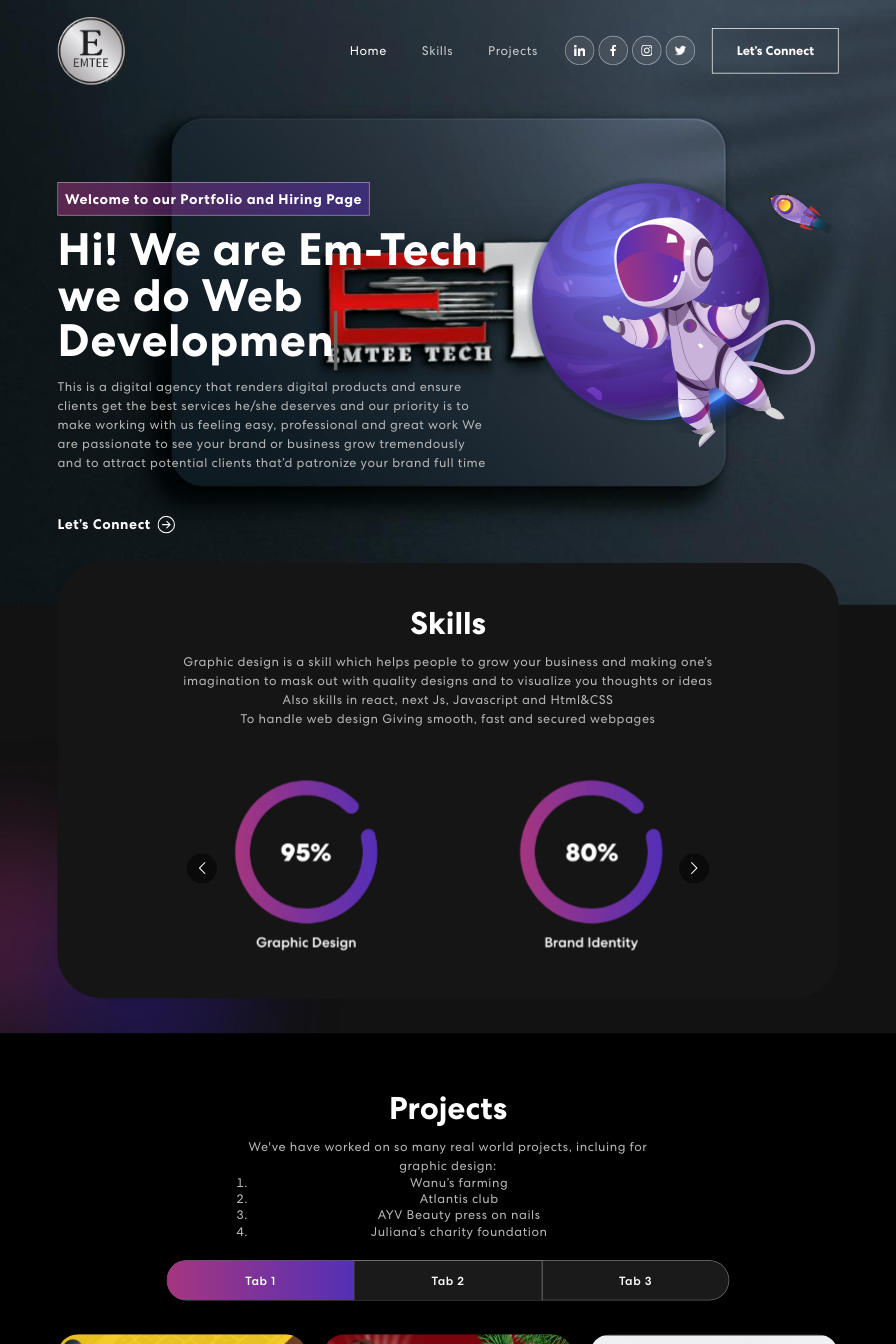
Repository: EmmanuelKeifala/emtee
Page: /
An editor plug-in stored every save of this project. The page is shown before and after the next save, followed by the edit.
The browser window is 1280 px wide. The pictures show the part of the page from y = 0 to 1920 px (the page is 3595 px tall), at 70% of full size.
The project was rebuilt for these pictures with package versions that can differ from the ones it lists, and the page was loaded fresh each time. Some packages were replaced by stand-ins written for this rebuild.

Above is the page before, as saved 2022-09-30 18:16:30.

### public/index.html
<!DOCTYPE html>
<html lang="en">
  <head>
    <meta charset="utf-8" />
    <link rel="icon" href="%PUBLIC_URL%/favicon.ico" />
    <meta name="viewport" content="width=device-width, initial-scale=1" />
    <meta name="theme-color" content="#000000" />
    <meta name="description" content="Em-Tech" />
    <link rel="apple-touch-icon" href="%PUBLIC_URL%/logo192.png" />

    <link rel="manifest" href="%PUBLIC_URL%/manifest.json" />
    <title>Em-Tech</title>
  </head>
  <body>
    <div id="root"></div>
  </body>
</html>

### src/App.css
/************ Custom Font ************/
@font-face {
  font-family: Centra;
  src: url('./assets/font/CentraNo2-Bold.ttf');
  font-weight: 700;
}

@font-face {
  font-family: Centra;
  src: url('./assets/font/CentraNo2-Medium.ttf');
  font-weight: 500;
}

@font-face {
  font-family: Centra;
  src: url('./assets/font/CentraNo2-Book.ttf');
  font-weight: 400;
}

/************ Default Css ************/
* {
  margin: 0;
  padding: 0;
  box-sizing: border-box;
}

html {
  scroll-behavior: smooth;
  scroll-padding-top: 75px;
}

body {
  font-weight: 400;
  overflow-x: hidden;
  position: relative;
  background-color: #121212 !important;
  color: #fff !important;
  font-family: 'Centra', sans-serif !important;
}

h1,
h2,
h3,
h4,
h5,
h6 {
  margin: 0;
  padding: 0;
  line-height: normal;
}

p,
a,
li,
button,
ul {
  margin: 0;
  padding: 0;
  line-height: normal;
  text-decoration: none;
}

a:hover {
  text-decoration: none;
}

img {
  width: 100%;
  height: auto;
}

button {
  border: 0;
  background-color: transparent;
}

input:focus,
textarea:focus,
select:focus {
  outline: none;
}

@media (min-width:1700px) {
  main .container {
    max-width: 100%;
    padding: 0 150px;
  }
}

p.success {
  color: green;
}

p.danger {
  color: red;
}

/************ Navbar Css ************/
nav.navbar {
  padding: 18px 0;
  position: fixed;
  width: 100%;
  top: 0;
  z-index: 9999;
  transition: 0.32s ease-in-out;
}

nav.navbar.scrolled {
  padding: 0px 0;
  background-color: #121212;
}

nav.navbar a.navbar-brand {
  width: 9%;
}

nav.navbar .navbar-nav .nav-link.navbar-link {
  font-weight: 400;
  color: #fff !important;
  letter-spacing: 0.8px;
  padding: 0 25px;
  font-size: 18px;
  opacity: 0.75;
}

nav.navbar .navbar-nav a.nav-link.navbar-link:hover,
nav.navbar .navbar-nav a.nav-link.navbar-link.active {
  opacity: 1;
}

span.navbar-text {
  display: flex;
  align-items: center;
}

.icon {
  margin-top: 25px;
}

.social-icon {
  display: inline-block;
  margin-left: 14px;
}

.social-icon a {
  width: 42px;
  height: 42px;
  background: rgba(217, 217, 217, 0.1);
  display: inline-flex;
  border-radius: 50%;
  margin-right: 6px;
  align-items: center;
  justify-content: center;
  line-height: 1;
  border: 1px solid rgba(255, 255, 255, 0.5);
}

.social-icon a::before {
  content: "";
  width: 42px;
  height: 42px;
  position: absolute;
  background-color: #ffffff;
  border-radius: 50%;
  transform: scale(0);
  transition: 0.3s ease-in-out;
}

.social-icon a:hover::before {
  transform: scale(1);
}

.social-icon a img {
  width: 40%;
  z-index: 1;
  transition: 0.3s ease-in-out;
}

.social-icon a:hover img {
  filter: brightness(0) saturate(100%) invert(0%) sepia(7%) saturate(98%) hue-rotate(346deg) brightness(95%) contrast(86%);
}

.navbar-text button {
  font-weight: 700;
  color: #fff;
  border: 1px solid #fff;
  padding: 18px 34px;
  font-size: 18px;
  margin-left: 18px;
  position: relative;
  background-color: transparent;
  transition: 0.3s ease-in-out;
}

.navbar-text button span {
  z-index: 1;
}

.navbar-text button::before {
  content: "";
  width: 0%;
  height: 100%;
  position: absolute;
  background-color: #fff;
  left: 0;
  top: 0;
  z-index: -1;
  transition: 0.3s ease-in-out;
}

.navbar-text button:hover {
  color: #121212;
}

.navbar-text button:hover::before {
  content: "";
  width: 100%;
  height: 100%;
  position: absolute;
}

nav.navbar .navbar-toggler:active,
nav.navbar .navbar-toggler:focus {
  outline: none;
  box-shadow: none;
}

nav.navbar .navbar-toggler-icon {
  width: 24px;
  height: 17px;
  background-image: none;
  position: relative;
  border-bottom: 2px solid #fff;
  transition: all 300ms linear;
  top: -2px;
}

nav.navbar .navbar-toggler-icon:focus {
  border-bottom: 2px solid #fff;
}

nav.navbar .navbar-toggler-icon:after,
nav.navbar .navbar-toggler-icon:before {
  width: 24px;
  position: absolute;
  height: 2px;
  background-color: #fff;
  top: 0;
  left: 0;
  content: '';
  z-index: 2;
  transition: all 300ms linear;
}

nav.navbar .navbar-toggler-icon:after {
  top: 8px;
}

nav.navbar .navbar-toggler[aria-expanded="true"] .navbar-toggler-icon:after {
  transform: rotate(45deg);
  background-color: #fff;
  height: 2px;
}

nav.navbar .navbar-toggler[aria-expanded="true"] .navbar-toggler-icon:before {
  transform: translateY(8px) rotate(-45deg);
  background-color: #fff;
  height: 2px;
}

nav.navbar .navbar-toggler[aria-expanded="true"] .navbar-toggler-icon {
  border-color: transparent;
}

/************ Banner Css ************/
.banner {
  margin-top: 0;
  padding: 260px 0 100px 0;
  background-image: url('./assets/img/back.jpeg');
  background-position: top center;
  background-size: cover;
  background-repeat: no-repeat;
}

.banner .tagline {
  font-weight: 700;
  letter-spacing: 0.8px;
  padding: 8px 10px;
  background: linear-gradient(90.21deg, rgba(170, 54, 124, 0.5) -5.91%, rgba(74, 47, 189, 0.5) 111.58%);
  border: 1px solid rgba(255, 255, 255, 0.5);
  font-size: 20px;
  margin-bottom: 16px;
  display: inline-block;
}

.banner h1 {
  font-size: 65px;
  font-weight: 700;
  letter-spacing: 0.8px;
  line-height: 1;
  margin-bottom: 20px;
  display: block;
}

.banner p {
  color: #B8B8B8;
  font-size: 18px;
  letter-spacing: 0.8px;
  line-height: 1.5em;
  width: 96%;
}

.banner button {
  color: #fff;
  font-weight: 700;
  font-size: 20px;
  margin-top: 60px;
  letter-spacing: 0.8px;
  display: flex;
  align-items: center;
}

.banner button svg {
  font-size: 25px;
  margin-left: 10px;
  transition: 0.3s ease-in-out;
  line-height: 1;
}

.banner button:hover svg {
  margin-left: 25px;
}

.lo {
  border-radius: 100px;
}

.banner img {
  animation: updown 3s linear infinite;
}

@keyframes updown {
  0% {
    transform: translateY(-20px);
  }

  50% {
    transform: translateY(20px);
  }

  100% {
    transform: translateY(-20px);
  }
}

.txt-rotate>.wrap {
  border-right: 0.08em solid #666;
}

/************ Skills Css ************/
.skill {
  padding: 0 0 50px 0;
  position: relative;
}

.skill-bx {
  background: #151515;
  border-radius: 64px;
  text-align: center;
  padding: 60px 50px;
  margin-top: -60px;
}

.skill h2 {
  font-size: 45px;
  font-weight: 700;
}

.skill p {
  color: #B8B8B8;
  font-size: 18px;
  letter-spacing: 0.8px;
  line-height: 1.5em;
  margin: 14px 0 75px 0;
}

.skill-slider {
  width: 80%;
  margin: 0 auto;
  position: relative;
}

.skill-slider .item img {
  width: 50%;
  margin: 0 auto 15px auto;
}

.background-image-left {
  top: 28%;
  position: absolute;
  bottom: 0;
  width: 40%;
  z-index: -4;
}

/************ Projects Css ************/
.project {
  padding: 80px 0;
  position: relative;
  background-color: black;
}

.project h2 {
  font-size: 45px;
  font-weight: 700;
  text-align: center;
}

.project p {
  color: #B8B8B8;
  font-size: 18px;
  letter-spacing: 0.8px;
  line-height: 1.5em;
  margin: 14px auto 30px auto;
  text-align: center;
  width: 56%;
}

.project .nav.nav-pills {
  width: 72%;
  margin: 0 auto;
  border-radius: 50px;
  background-color: rgb(255 255 255 / 10%);
  overflow: hidden;
}

.project .nav.nav-pills .nav-item {
  width: 33.33333%;
}

.project .nav.nav-pills .nav-link {
  background-color: transparent;
  border-radius: 0;
  padding: 17px 0;
  color: #fff;
  width: 100%;
  font-size: 17px;
  letter-spacing: 0.8px;
  font-weight: 500;
  position: relative;
  transition: 0.3s ease-in-out;
  text-align: center;
  z-index: 0;
}

.project .nav.nav-pills .nav-link::before {
  content: "";
  position: absolute;
  width: 0;
  height: 100%;
  background: linear-gradient(90.21deg, #AA367C -5.91%, #4A2FBD 111.58%);
  top: 0;
  left: 0;
  z-index: -1;
  transition: 0.3s ease-in-out;
}

.project .nav.nav-pills .nav-link.active::before {
  width: 100% !important;
}

.project .nav.nav-pills .nav-link.active {
  border: 1px solid rgba(255, 255, 255, 1);
}

.nav-link#projects-tabs-tab-first {
  border: 1px solid rgba(255, 255, 255, 0.5);
  border-radius: 55px 0px 0px 55px;
}

.nav-link#projects-tabs-tab-second {
  border-top: 1px solid rgba(255, 255, 255, 0.5);
  border-bottom: 1px solid rgba(255, 255, 255, 0.5);
}

.nav-link#projects-tabs-tab-third {
  border: 1px solid rgba(255, 255, 255, 0.5);
  border-radius: 0 55px 55px 0;
}

.proj-imgbx {
  position: relative;
  border-radius: 30px;
  overflow: hidden;
  margin-bottom: 24px;
}

.proj-imgbx::before {
  content: "";
  background: linear-gradient(90.21deg, #AA367C -5.91%, #4A2FBD 111.58%);
  opacity: 0.85;
  position: absolute;
  width: 100%;
  height: 0;
  transition: 0.4s ease-in-out;
}

.proj-imgbx:hover::before {
  height: 100%;
}

.proj-txtx {
  position: absolute;
  text-align: center;
  top: 65%;
  left: 50%;
  transform: translate(-50%, -50%);
  transition: 0.5s ease-in-out;
  opacity: 0;
  width: 100%;
}

.proj-imgbx:hover .proj-txtx {
  top: 50%;
  opacity: 1;
}

.proj-txtx h4 {
  font-size: 30px;
  font-weight: 700;
  letter-spacing: 0.8px;
  line-height: 1.1em;
}

.proj-txtx span {
  font-style: italic;
  font-weight: 400;
  font-size: 15px;
  letter-spacing: 0.8px;
}

.banner-p {
  color: red;

}

a:link {
  text-decoration: none;
}

.spanner {
  color: #FFFFFF;
  font-style: normal;

}

.background-image-right {
  top: 20%;
  position: absolute;
  bottom: 0;
  width: 35%;
  right: 0;
  z-index: -4;
}

.logo-image {
  border-radius: 5px;
  outline-style: groove;
}

.prop-image {
  height: 45vh;
}

/************ Projects Css ************/
.contact {
  background: linear-gradient(90.21deg, #AA367C -5.91%, #4A2FBD 111.58%);
  padding: 60px 0 200px 0;
}

.contact img {
  width: 92%;
}

.contact h2 {
  font-size: 45px;
  font-weight: 700;
  margin-bottom: 30px;
}

.contact form input,
.contact form textarea {
  width: 100%;
  background: rgba(255, 255, 255, 0.1);
  border: 1px solid rgba(255, 255, 255, 0.5);
  border-radius: 20px;
  color: #fff;
  margin: 0 0 8px 0;
  padding: 18px 26px;
  font-weight: 500;
  font-size: 18px;
  letter-spacing: 0.8px;
  transition: 0.3s ease-in-out;
}

.contact form input:focus,
.contact form textarea:focus {
  background: rgba(255, 255, 255, 1);
  color: #121212;
}

.contact form input::placeholder,
.contact form textarea::placeholder {
  font-size: 16px;
  font-weight: 400;
  color: #fff;
}

.contact form input:focus::placeholder,
.contact form textarea:focus::placeholder {
  color: #121212;
  opacity: 0.8;
}

.contact form button {
  font-weight: 700;
  color: #000;
  background-color: #fff;
  padding: 14px 48px;
  font-size: 18px;
  margin-top: 25px;
  border-radius: 0;
  position: relative;
  transition: 0.3s ease-in-out;
}

.contact form button span {
  z-index: 1;
  position: relative;
}

.contact form button:hover {
  color: #fff;
}

.contact form button::before {
  content: "";
  background: #121212;
  width: 0;
  height: 100%;
  position: absolute;
  top: 0;
  left: 0;
  z-index: 0;
  transition: 0.3s ease-in-out;
}

.contact form button:hover::before {
  width: 100%;
}

/************ Footer Css ************/
.footer {
  padding: 0 0 50px 0;
  background-image: url('./assets/img/footer-bg.png');
  background-position: center center;
  background-size: cover;
  background-repeat: no-repeat;
}

.newsletter-bx {
  background: #FFFFFF;
  border-radius: 55px;
  color: #121212;
  padding: 85px 125px;
  margin-bottom: 80px;
  margin-top: -122px;
}

.newsletter-bx h3 {
  font-weight: 700;
  letter-spacing: 0.5px;
  line-height: 1.2em;
}

.new-email-bx {
  background: #fff;
  padding: 5px;
  border-radius: 20px;
  position: relative;
  z-index: 0;
  display: flex;
  align-items: center;
}

.new-email-bx::before {
  content: "";
  background: linear-gradient(90.21deg, #AA367C -5.91%, #4A2FBD 111.58%);
  border-radius: 20px;
  position: absolute;
  z-index: -1;
  top: -1px;
  left: -1px;
  bottom: -1px;
  right: -1px;
}

.new-email-bx::after {
  content: "";
  background: #fff;
  border-radius: 20px;
  position: absolute;
  z-index: -1;
  top: 0;
  left: 0;
  bottom: 0;
  right: 0;
}

.new-email-bx input {
  width: 100%;
  color: #121212;
  font-weight: 500;
  background: transparent;
  border: 0;
  padding: 0 15px;
}

.new-email-bx button {
  background: linear-gradient(90.21deg, #AA367C -5.91%, #4A2FBD 111.58%);
  padding: 20px 65px;
  color: #fff;
  font-weight: 500;
  letter-spacing: 0.5px;
  border-radius: 18px;
}

.footer img {
  width: 26%;
}

.footer p {
  font-weight: 400;
  font-size: 14px;
  color: #B8B8B8;
  letter-spacing: 0.5px;
  margin-top: 20px;
}

### src/Components/Navbar.jsx
import React, { useState, useEffect } from "react";
import { Navbar, Container, Nav } from "react-bootstrap";
import logo from "../assets/img/screen.png";
import navIcon1 from "../assets/img/nav-icon1.svg";
import navIcon2 from "../assets/img/nav-icon2.svg";
import navIcon3 from "../assets/img/nav-icon3.svg";
import Twitter from "../assets/img/twit.png";

const NavBar = () => {
  const [activeLink, setActiveLink] = useState("home");
  const [scrolled, setScrolled] = useState(false);
  useEffect(() => {
    const onScroll = () => {
      if (window.scrollY > 50) {
        setScrolled(true);
      } else {
        setScrolled(false);
      }
    };
    window.addEventListener("scroll", onScroll);

    return () => window.removeEventListener("scroll", onScroll);
  }, []);
  const onUpdateActiveLink = (value) => {
    setActiveLink(value);
  };
  return (
    <Navbar expand="md" className={scrolled ? "scrolled" : ""}>
      <Container>
        <Navbar.Brand href="/">
          <img src={logo} alt="Logo" className="lo" />
        </Navbar.Brand>
        <Navbar.Toggle aria-controls="basic-navbar-nav">
          <span className="navbar-toggler-icon"></span>
        </Navbar.Toggle>
        <Navbar.Collapse id="basic-navbar-nav">
          <Nav className="ms-auto">
            <Nav.Link
              href="#home"
              className={
                activeLink === "home" ? "active navbar-link" : "navbar-link"
              }
              onClick={() => onUpdateActiveLink("home")}
            >
              Home
            </Nav.Link>
            <Nav.Link
              href="#skills"
              className={
                activeLink === "skills" ? "active navbar-link" : "navbar-link"
              }
              onClick={() => onUpdateActiveLink("skills")}
            >
              Skills
            </Nav.Link>
            <Nav.Link
              href="#project"
              className={
                activeLink === "project" ? "active navbar-link" : "navbar-link"
              }
              onClick={() => onUpdateActiveLink("project")}
            >
              Projects
            </Nav.Link>
          </Nav>
          <span className="navbar-text">
            <div className="social-icon">
              <a href="#">
                <img src={navIcon1} alt="linkedin" />
              </a>
              <a href="#">
                <img src={navIcon2} alt="facebook" />
              </a>
              <a href="#">
                <img src={navIcon3} alt="instagram" />
              </a>
              <a href="#">
                <img src={Twitter} alt="Twitter" className="twit" />
              </a>
            </div>
            <button className="vvd">
              <span>Let’s Connect</span>
            </button>
          </span>
        </Navbar.Collapse>
      </Container>
    </Navbar>
  );
};

export default NavBar;

### src/Components/Skills.jsx
import React from "react";
import meter1 from "../assets/img/meter1.svg";
import meter2 from "../assets/img/meter2.svg";
import meter3 from "../assets/img/meter3.svg";
import Carousel from "react-multi-carousel";
import "react-multi-carousel/lib/styles.css";
import arrow1 from "../assets/img/arrow1.svg";
import arrow2 from "../assets/img/arrow2.svg";
import colorSharp from "../assets/img/color-sharp.png";
const Skills = () => {
  const responsive = {
    superLargeDesktop: {
      // the naming can be any, depends on you.
      breakpoint: { max: 4000, min: 3000 },
      items: 5,
    },
    desktop: {
      breakpoint: { max: 3000, min: 1024 },
      items: 3,
    },
    tablet: {
      breakpoint: { max: 1024, min: 464 },
      items: 2,
    },
    mobile: {
      breakpoint: { max: 464, min: 0 },
      items: 1,
    },
  };
  return (
    <section className="skill" id="skills">
      <div className="container">
        <div className="row">
          <div className="col-12">
            <div className="skill-bx wow zoomIn">
              <h2>Skills</h2>
              <p>
                Graphic design is a skill which helps people to grow your
                business and making one’s <br></br> imagination to mask out with
                quality designs and to visualize you thoughts or ideas<br></br>
                Also skills in react, next Js, Javascript and Html&CSS <br></br>
                To handle web design Giving smooth, fast and secured webpages
              </p>
              <Carousel
                responsive={responsive}
                infinite={true}
                className="owl-carousel owl-theme skill-slider"
              >
                <div className="item">
                  <img src={meter1} alt="Image" />
                  <h5>Graphic Design</h5>
                </div>
                <div className="item">
                  <img src={meter2} alt="Image" />
                  <h5>Brand Identity</h5>
                </div>
                <div className="item">
                  <img src={meter3} alt="Image" />
                  <h5>Logo Design</h5>
                </div>
                <div className="item">
                  <img src={meter1} alt="Image" />
                  <h5>Web Development</h5>
                </div>
              </Carousel>
            </div>
          </div>
        </div>
      </div>
      <img className="background-image-left" src={colorSharp} alt="Image" />
    </section>
  );
};

export default Skills;

### src/Components/Footer.jsx
import React from "react";
import { Container, Row, Col } from "react-bootstrap";
import logo from "../assets/img/logo.svg";
import navIcon1 from "../assets/img/nav-icon1.svg";
import navIcon2 from "../assets/img/nav-icon2.svg";
import navIcon3 from "../assets/img/nav-icon3.svg";

const Footer = () => {
  return (
    <footer className="footer">
      <Container>
        <Row className="align-items-center">
          <Col size={12} sm={6}>
            <img src={logo} alt="Logo" />
          </Col>
          <Col size={12} sm={6} className="text-center text-sm-end">
            <div className="social-icon">
              <a href="#" className="icon">
                <img src={navIcon1} alt="Icon" className="icon-1" />
              </a>
              <a href="#" className="icon">
                <img src={navIcon2} alt="Icon" className="icon-1" />
              </a>
              <a href="#" className="icon">
                <img src={navIcon3} alt="Icon" className="icon-1" />
              </a>
            </div>
            <p>Copyright 2022. All Rights Reserved</p>
            <p>Develped by Em-Tech</p>
          </Col>
        </Row>
      </Container>
    </footer>
  );
};

export default Footer;

### src/Components/GoogleAd.jsx
import React, { Component } from "react";
import PropTypes from "prop-types";

class GoogleAd extends Component {
  googleInit = null;

  componentDidMount() {
    const { timeout } = this.props;
    this.googleInit = setTimeout(() => {
      if (typeof window !== "undefined")
        (window.adsbygoogle = window.adsbygoogle || []).push({});
    }, timeout);
  }

  componentWillUnmount() {
    if (this.googleInit) clearTimeout(this.googleInit);
  }

  render() {
    const { classNames, slot, googleAdId, style, format } = this.props;
    return (
      <div className={classNames}>
        <ins
          className="adsbygoogle"
          style={style || { display: "block", textAlign: "center" }}
          data-ad-client={googleAdId}
          data-ad-slot={slot}
          data-ad-format={format || "auto"}
          data-full-width-responsive="true"
        ></ins>
      </div>
    );
  }
}
GoogleAd.propTypes = {
  classNames: PropTypes.string,
  slot: PropTypes.string,
  timeout: PropTypes.number,
  googleAdId: PropTypes.string,
};
GoogleAd.defaultProps = {
  classNames: "",
  timeout: 200,
};
export default GoogleAd;

### src/Components/ProjectCard.jsx
import { Col } from "react-bootstrap";

export const ProjectCard = ({ title, description, imgUrl, link }) => {
  return (
    <Col size={12} sm={6} md={4}>
      <div className="proj-imgbx">
        <img src={imgUrl} className="prop-image" />
        <div className="proj-txtx">
          <h4>{title}</h4>
          <span>{description}</span>
          {link && (
            <p>
              <a target="_blank" href={link}>
                <span className="spanner">Demo</span>
              </a>
            </p>
          )}
        </div>
      </div>
    </Col>
  );
};

Loaded but not shown: src/index.css (common file); src/reportWebVitals.js (common file); src/App.js (23 lines, source omitted); src/index.js (16 lines, source omitted); src/Components/Projects.jsx (167 lines, source omitted); src/Components/Contact.jsx (145 lines, source omitted); src/Components/Banner.jsx (115 lines, source omitted)

After the next save:
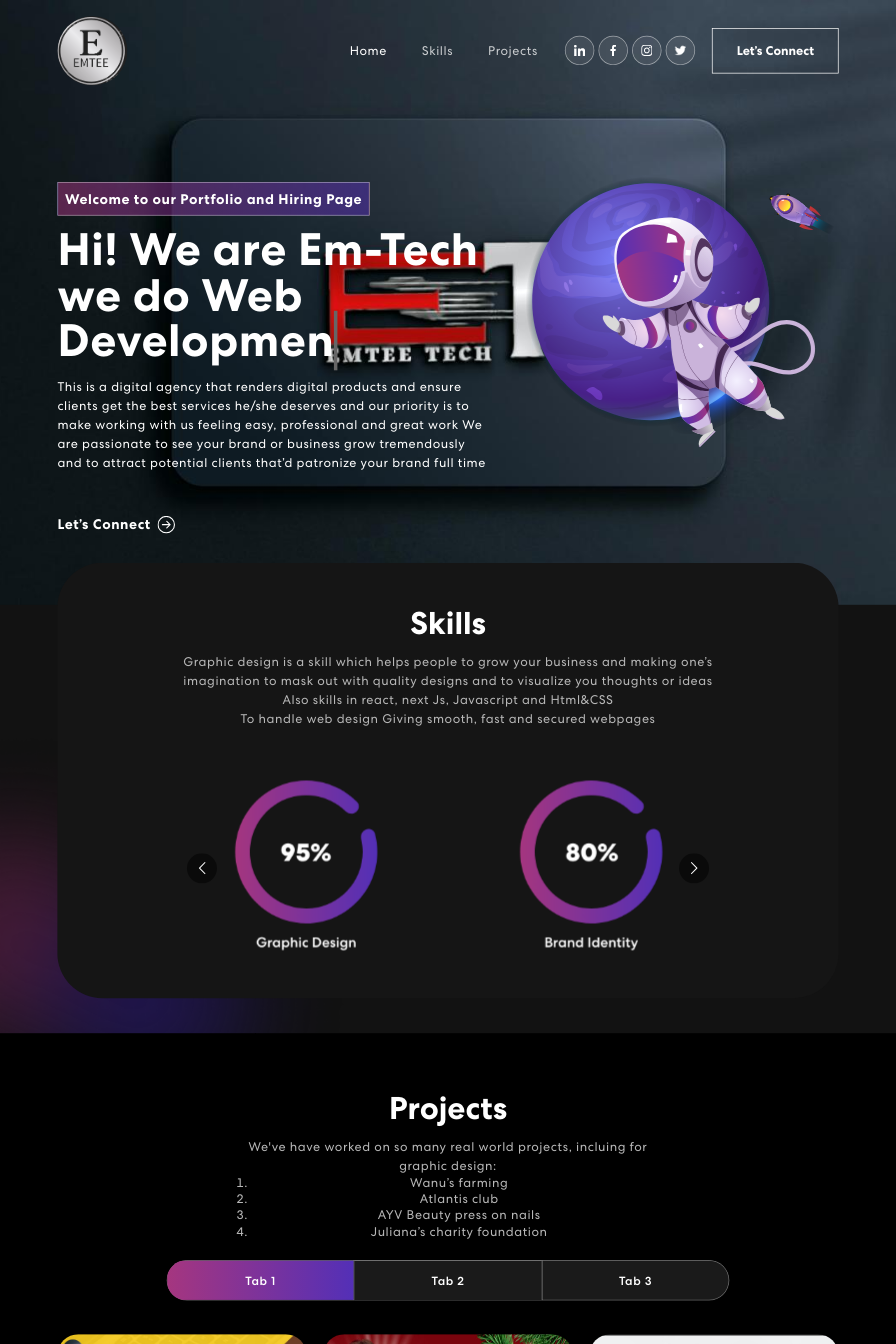
Saved 36 s later.
--- a/src/App.css
+++ b/src/App.css
@@ -303,7 +303,7 @@ nav.navbar .navbar-toggler[aria-expanded="true"] .navbar-toggler-icon {
 }
 
 .banner p {
-  color: #B8B8B8;
+  color: #FFFFFF;
   font-size: 18px;
   letter-spacing: 0.8px;
   line-height: 1.5em;
